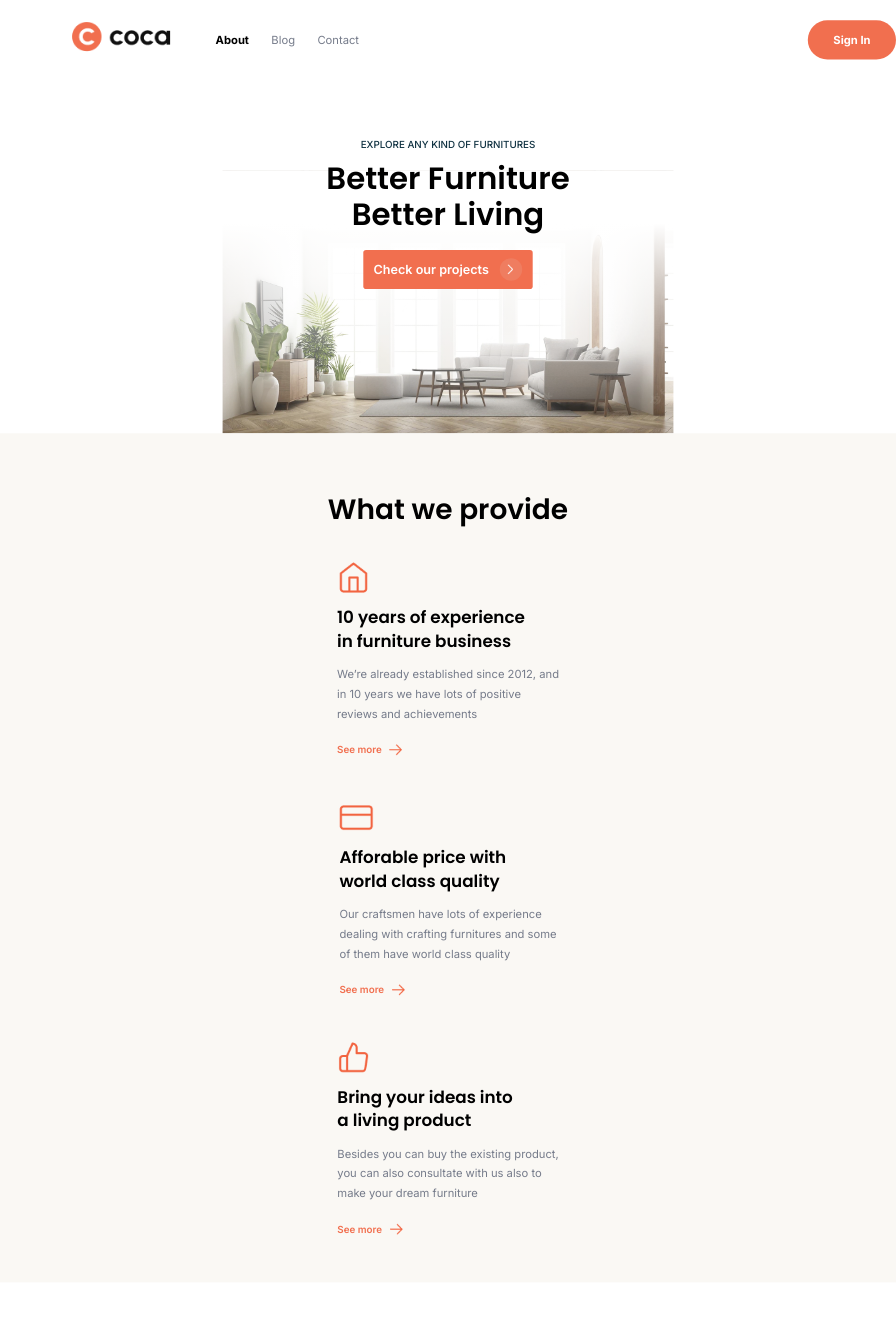
Repository: MatheusEich15/FrontEnd
Page: Prova 1 FrontEnd/Prova 1 FrontEnd/index.html
The author's editor kept a copy of each file at every save. The page is drawn from the files as they stood at one save, then again after the next save.
The browser window is 1280 px wide. The pictures show the part of the page from y = 0 to 1920 px (the page is 4990 px tall), at 70% of full size.

Above is the page before, as saved 2026-03-13 10:46:21.

After the next save:
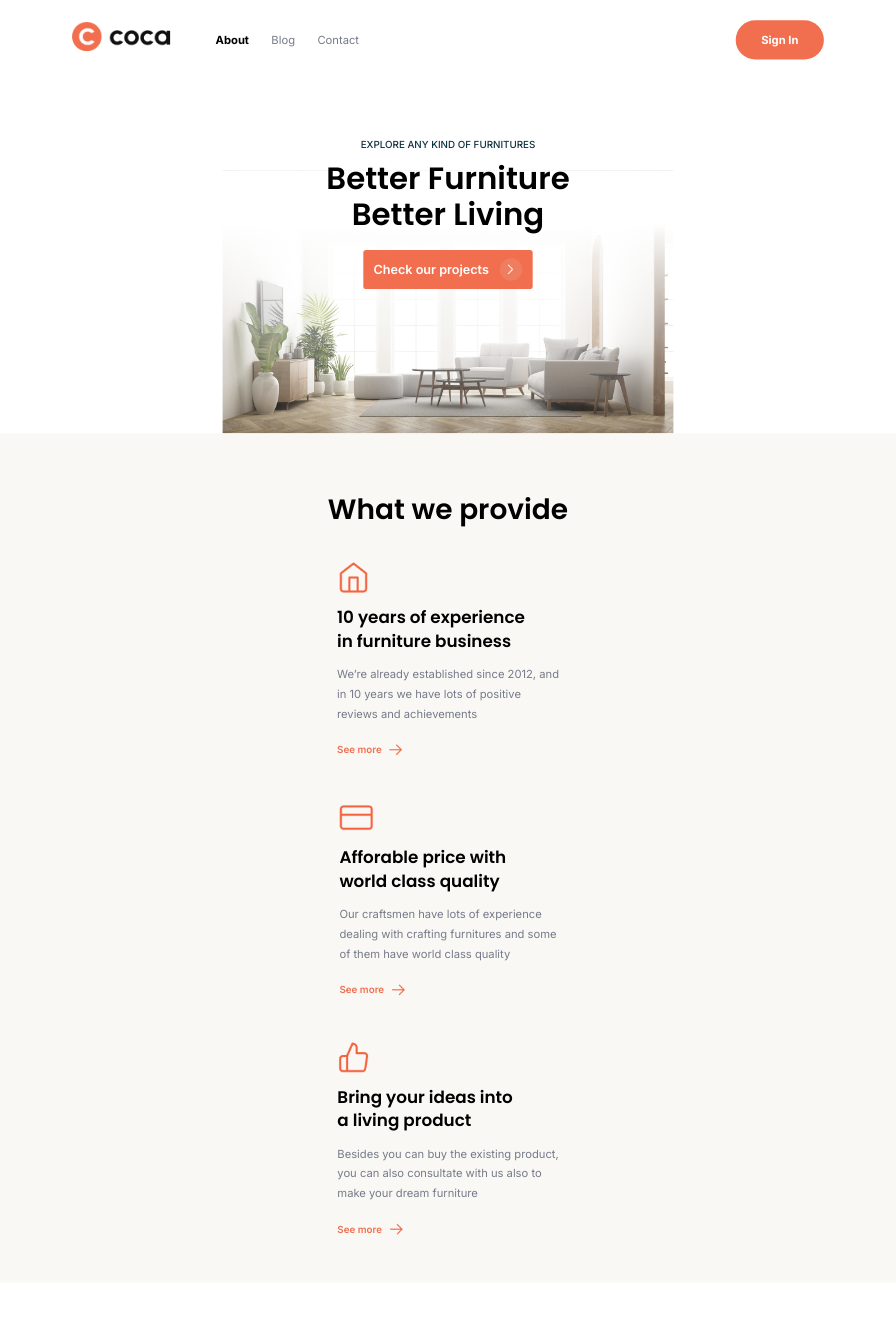
Saved 5 s later.
--- a/Prova 1 FrontEnd/Prova 1 FrontEnd/style.css
+++ b/Prova 1 FrontEnd/Prova 1 FrontEnd/style.css
@@ -642,7 +642,7 @@ footer {
         display: flex;
         justify-content: center;
         align-items: center;
-        ma
+        margin-right: 6.438rem;
     }
 
     #sign-in-btn a {
